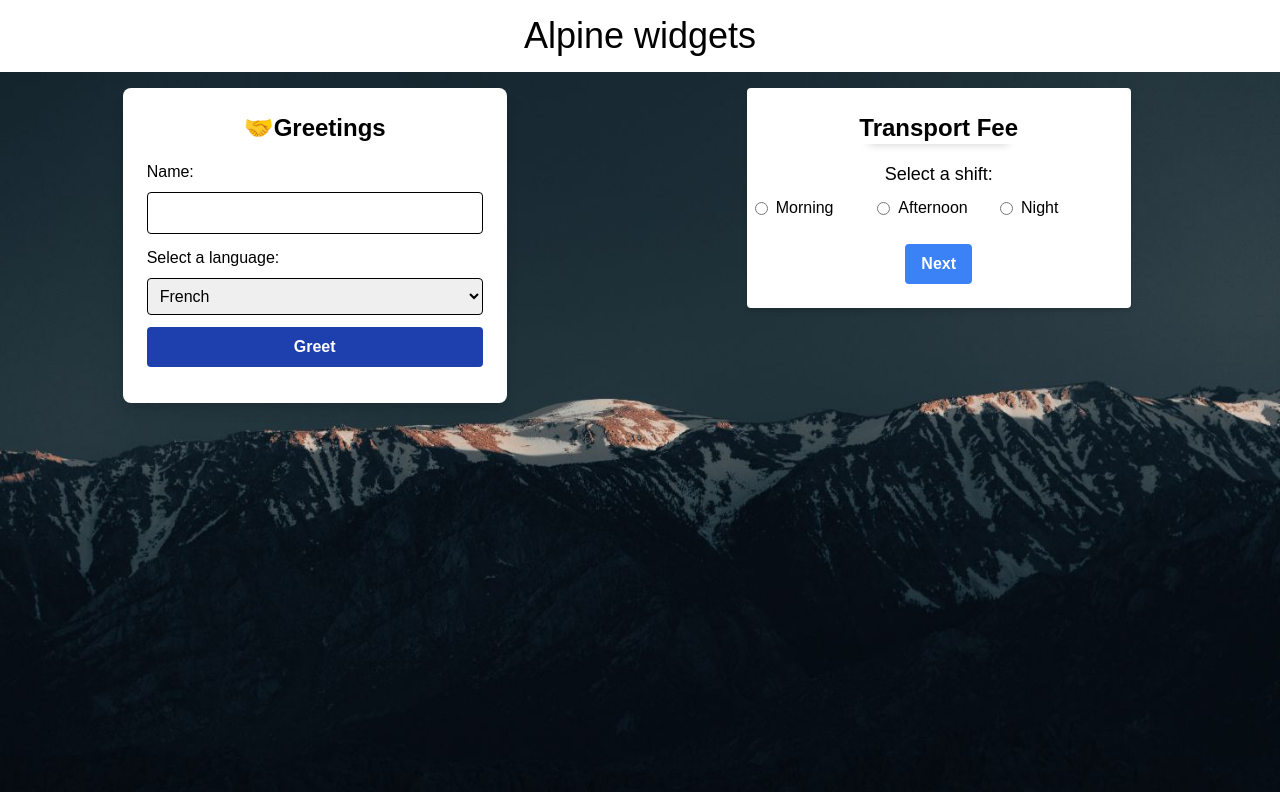
Repository: lasity34/alpine-bootcamp-widgets
Page: index.html
The author's editor kept a copy of each file at every save. The page is drawn from the files as they stood at one save, then again after the next save.
The browser window is 1280 px wide. The pictures show the whole page.
Some web fonts or font styles are not loaded; a fallback is used. Some web libraries are served in a nearby version.

Above is the page before, as saved 2023-07-12 15:49:06.
Console error: ReferenceError: shift is not defined

After the next save:
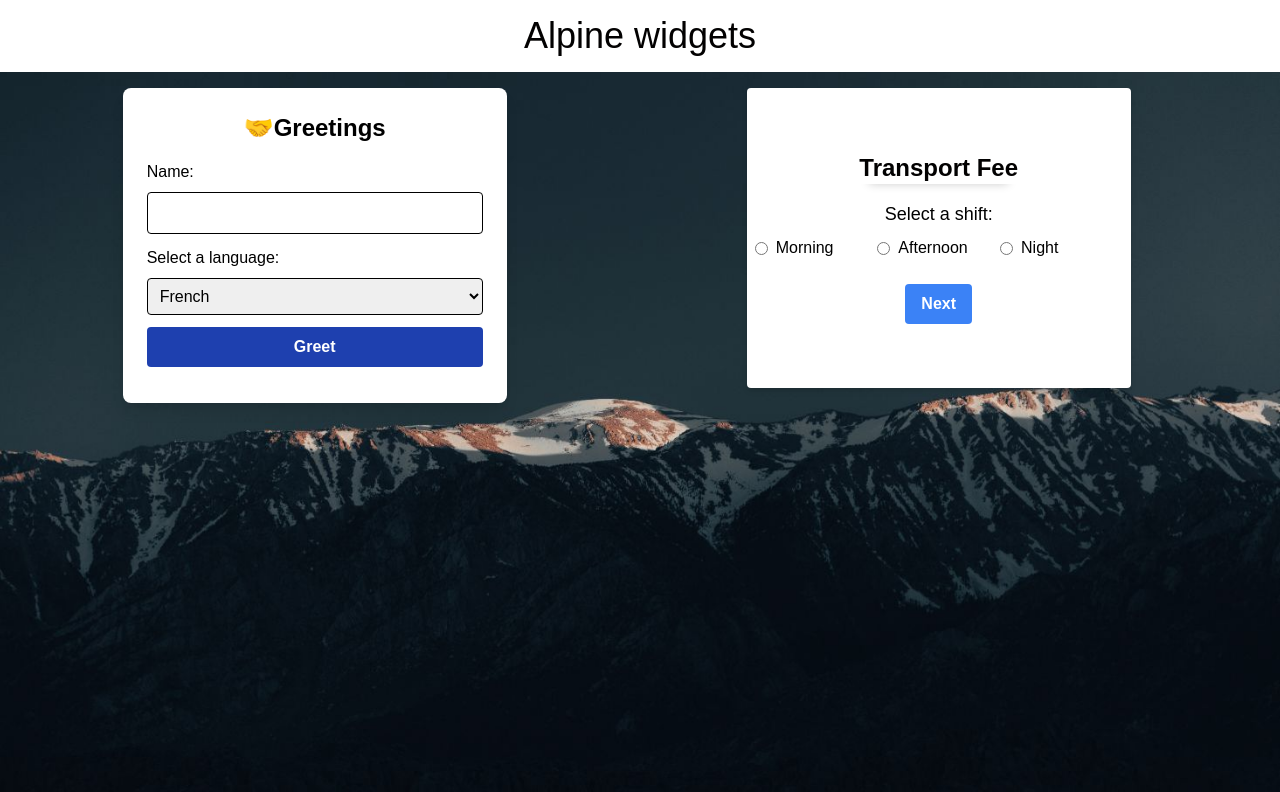
Saved 8 s later.
--- a/index.html
+++ b/index.html
@@ -69,7 +69,7 @@
       class="w-1/3 "
         x-data="transportFee"
       >
-      <div class="flex flex-col items-center bg-white max-w-sm mt-4 py-6 p-2 rounded shadow-md">
+      <div class="flex flex-col items-center bg-white max-w-sm mt-4 py-16 p-2 rounded shadow-md">
         <h1 class="text-2xl font-bold mb-4">Transport Fee</h1>
 
         <label class="text-lg mb-2">Select a shift:</label>
